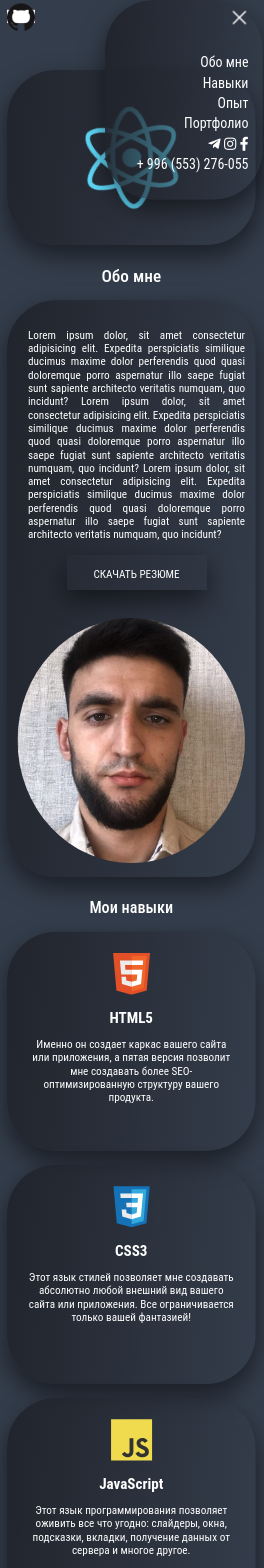
Repository: aligadzhiev0595/my-portfolio
Page: index.html
These files come from the project's save history. The page is drawn as it stood at one moment and after the next save; the edit follows.
The browser window is 375 px wide. The page is 377 px wide, so the pictures cover 377 px, including what lies to the right of the window. The pictures show the part of the page from y = 0 to 2240 px (the page is 5534 px tall), at 70% of full size.
After loading, the first visible `div.burger` was clicked once.
The style sheet was rebuilt from its Sass, Less or Tailwind sources for each picture, by a compiler version that may differ from the author's.

Above is the page before, as saved 2021-05-09 23:06:23.
Console error: TypeError: Cannot read properties of null (reading 'classList')

After the next save:
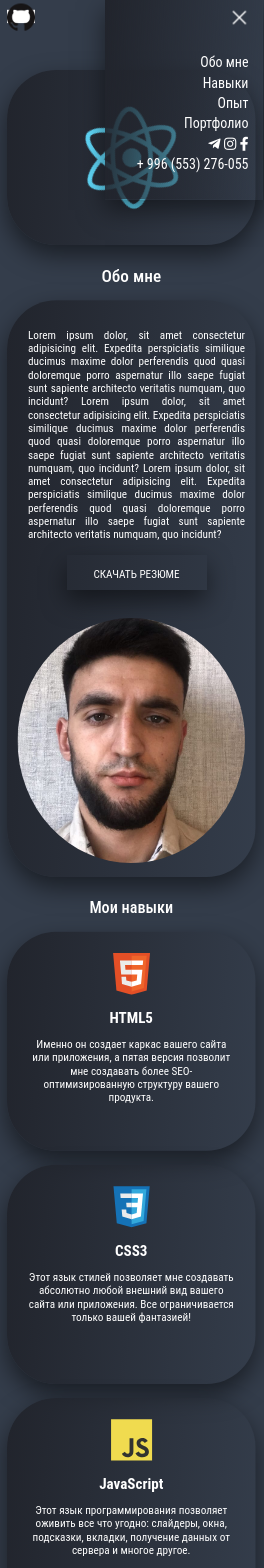
Saved 55 s later.
--- a/src/scss/_media.scss
+++ b/src/scss/_media.scss
@@ -16,7 +16,6 @@
             padding-right: 20px;
             background: linear-gradient(95deg, rgb(33, 36, 44) 0%, rgba(15, 15, 16, 0) 100%);
         box-shadow: 0 15px 35px rgba(0, 0, 0, 0.5);
-        border-radius: 70px;
             width: 60%;
             padding-bottom: 40px;
             font-size: 20px;
